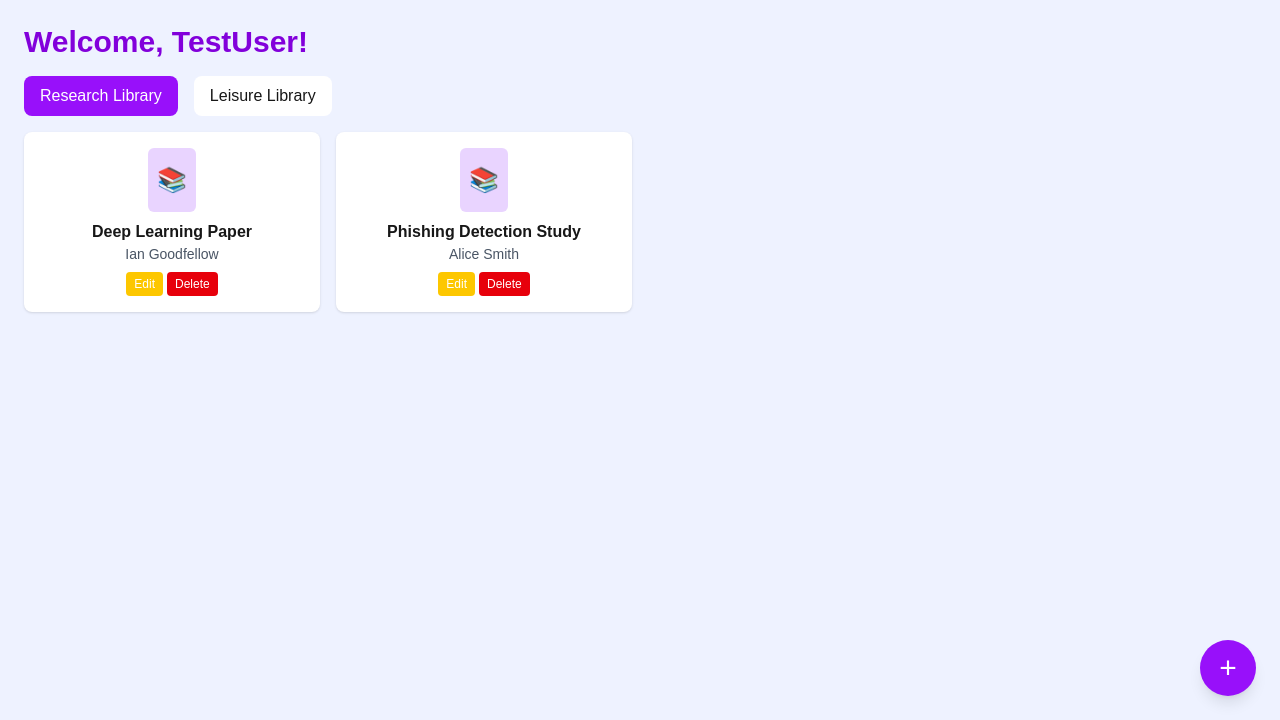
Repository: ramosfranz/bookie
Page: /dashboard
The author's editor kept a copy of each file at every save. The page is drawn from the files as they stood at one save, then again after the next save.
The browser window is 1280 px wide. The pictures show the whole page.
The project was rebuilt for these pictures with package versions that can differ from the ones it lists, and the page was loaded fresh each time. The framework's server and built-in components were replaced by stand-ins that run in the browser. Also part of the build but not shown: next.config.ts.

Above is the page before, as saved 2025-11-15 13:07:29.

After the next save:
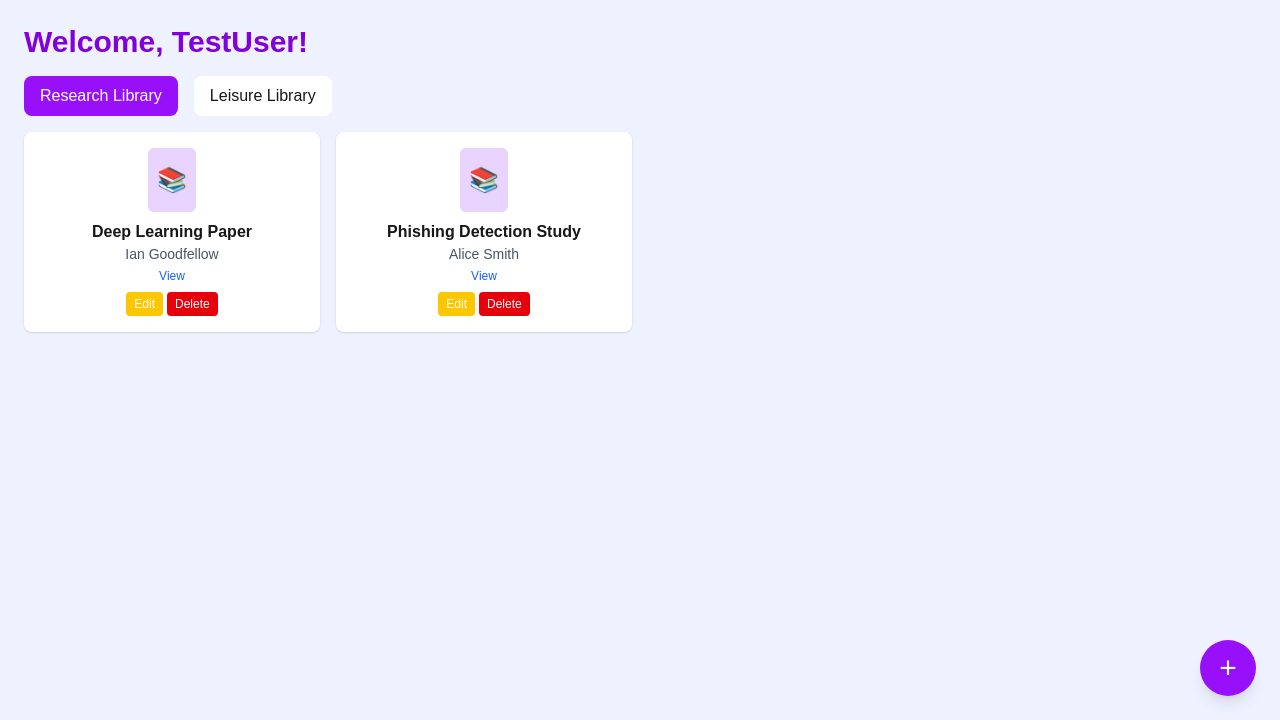
Saved 8 min 48 s later.
--- a/src/app/dashboard/page.tsx
+++ b/src/app/dashboard/page.tsx
@@ -14,13 +14,13 @@ const dummyUser = {
 
 // Dummy libraries
 const initialResearchLibrary = [
-  { id: "1", title: "Deep Learning Paper", authors: ["Ian Goodfellow"] },
-  { id: "2", title: "Phishing Detection Study", authors: ["Alice Smith"] },
+  { id: "1", title: "Deep Learning Paper", authors: ["Ian Goodfellow"], url: "https://example.com/dl-paper.pdf" },
+  { id: "2", title: "Phishing Detection Study", authors: ["Alice Smith"], url: "https://example.com/phishing-study.pdf" },
 ];
 
 const initialLeisureLibrary = [
-  { id: "1", title: "Harry Potter", authors: ["J.K. Rowling"] },
-  { id: "2", title: "The Hobbit", authors: ["J.R.R. Tolkien"] },
+  { id: "1", title: "Harry Potter", authors: ["J.K. Rowling"], url: "https://example.com/harry-potter" },
+  { id: "2", title: "The Hobbit", authors: ["J.R.R. Tolkien"], url: "https://example.com/the-hobbit" },
 ];
 
 export default function Dashboard() {
@@ -32,6 +32,7 @@ export default function Dashboard() {
   // Form state
   const [formTitle, setFormTitle] = useState("");
   const [formAuthors, setFormAuthors] = useState("");
+  const [formUrl, setFormUrl] = useState("");
   const [editingId, setEditingId] = useState<string | null>(null);
   const [showModal, setShowModal] = useState(false);
 
@@ -50,7 +51,9 @@ export default function Dashboard() {
       // Edit
       setCurrentLibrary((prev) =>
         prev.map((item) =>
-          item.id === editingId ? { ...item, title: formTitle, authors: authorsArray } : item
+          item.id === editingId
+            ? { ...item, title: formTitle, authors: authorsArray, url: formUrl }
+            : item
         )
       );
     } else {
@@ -59,12 +62,14 @@ export default function Dashboard() {
         id: Math.random().toString(36).substr(2, 9),
         title: formTitle,
         authors: authorsArray,
+        url: formUrl,
       };
       setCurrentLibrary((prev) => [...prev, newItem]);
     }
 
     setFormTitle("");
     setFormAuthors("");
+    setFormUrl("");
     setEditingId(null);
     setShowModal(false);
   };
@@ -75,10 +80,11 @@ export default function Dashboard() {
   };
 
   // Edit
-  const handleEdit = (item: { id: string; title: string; authors: string[] }) => {
+  const handleEdit = (item: { id: string; title: string; authors: string[]; url: string }) => {
     setEditingId(item.id);
     setFormTitle(item.title);
     setFormAuthors(item.authors.join(", "));
+    setFormUrl(item.url);
     setShowModal(true);
   };
 
@@ -120,6 +126,16 @@ export default function Dashboard() {
             </div>
             <strong className="text-center">{item.title}</strong>
             <p className="text-sm text-gray-600 text-center">{item.authors.join(", ")}</p>
+            {item.url && (
+              <a
+                href={item.url}
+                target="_blank"
+                rel="noopener noreferrer"
+                className="text-blue-600 text-xs mt-1 hover:underline"
+              >
+                View
+              </a>
+            )}
             <div className="flex gap-1 mt-2">
               <button
                 onClick={() => handleEdit(item)}
@@ -175,6 +191,13 @@ export default function Dashboard() {
                 onChange={(e) => setFormAuthors(e.target.value)}
                 className="px-3 py-2 border rounded-lg focus:outline-none focus:ring-2 focus:ring-purple-500"
               />
+              <input
+                type="url"
+                placeholder="URL (PDF or reference link)"
+                value={formUrl}
+                onChange={(e) => setFormUrl(e.target.value)}
+                className="px-3 py-2 border rounded-lg focus:outline-none focus:ring-2 focus:ring-purple-500"
+              />
               <button
                 type="submit"
                 className="px-4 py-2 bg-purple-600 text-white rounded-lg hover:bg-purple-700 transition"
